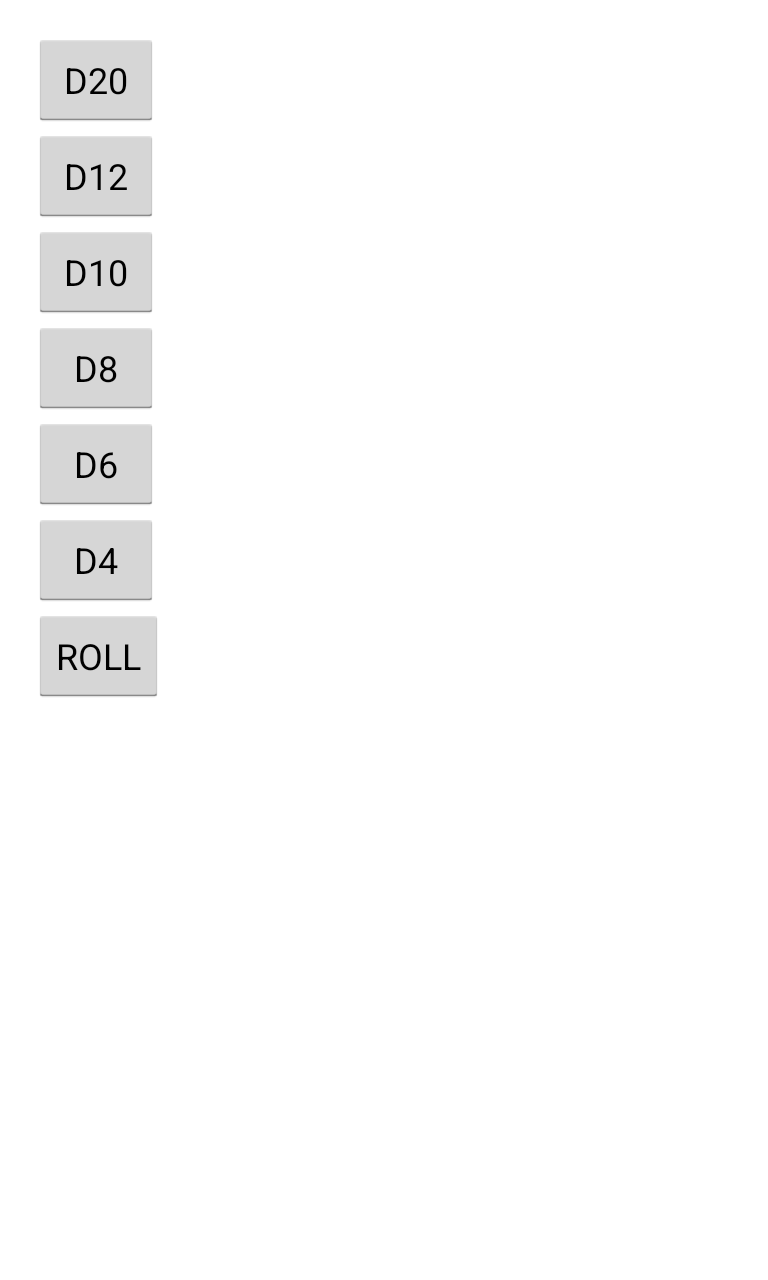
Repository: Bjodol/Roller
Layout: Roller/res/layout/activity_main.xml
An editor plug-in stored every save of this project. The layout is shown before and after the next save, followed by the edit.
It is drawn on a 768 x 1280 px phone screen (xhdpi) without system bars, with theme AppTheme; the app's code is not run.

Above is the layout before, as saved 2013-08-29 08:37:33.

### Roller/res/layout/activity_main.xml
<LinearLayout xmlns:android="http://schemas.android.com/apk/res/android"
    xmlns:tools="http://schemas.android.com/tools"
    android:layout_width="match_parent"
    android:layout_height="match_parent"
    android:paddingBottom="@dimen/activity_vertical_margin"
    android:paddingLeft="@dimen/activity_horizontal_margin"
    android:paddingRight="@dimen/activity_horizontal_margin"
    android:paddingTop="@dimen/activity_vertical_margin"
    android:orientation="vertical"
    tools:context=".MainActivity" >

    <Button
        android:layout_width="wrap_content"
        android:layout_height="wrap_content"
        android:text="@string/d20" />

    <Button
        android:layout_width="wrap_content"
        android:layout_height="wrap_content"
        android:text="@string/d12" />

    <Button
        android:layout_width="wrap_content"
        android:layout_height="wrap_content"
        android:text="@string/d10" />

    <Button
        android:layout_width="wrap_content"
        android:layout_height="wrap_content"
        android:text="@string/d8" />

    <Button
        android:layout_width="wrap_content"
        android:layout_height="wrap_content"
        android:text="@string/d6" />

    <Button
        android:layout_width="wrap_content"
        android:layout_height="wrap_content"
        android:text="@string/d4" />

    <Button
        android:layout_width="wrap_content"
        android:layout_height="wrap_content"
        android:layout_weight="center"
        android:text="@string/roll"/>


</LinearLayout>

### Roller/res/values/strings.xml
<?xml version="1.0" encoding="utf-8"?>
<resources>

    <string name="app_name">Roller</string>
    <string name="action_settings">Settings</string>
    <string name="d20">D20</string>
    <string name="d12">D12</string>
    <string name="d10">D10</string>
    <string name="d8">D8</string>
    <string name="d6">D6</string>
    <string name="d4">D4</string>
    <string name="roll">ROLL</string>

</resources>

Loaded but not shown: Roller/res/values/styles.xml (common file); Roller/res/values-v11/styles.xml (common file); Roller/res/values-v14/styles.xml (common file); Roller/res/values/dimens.xml (common file)

After the next save:
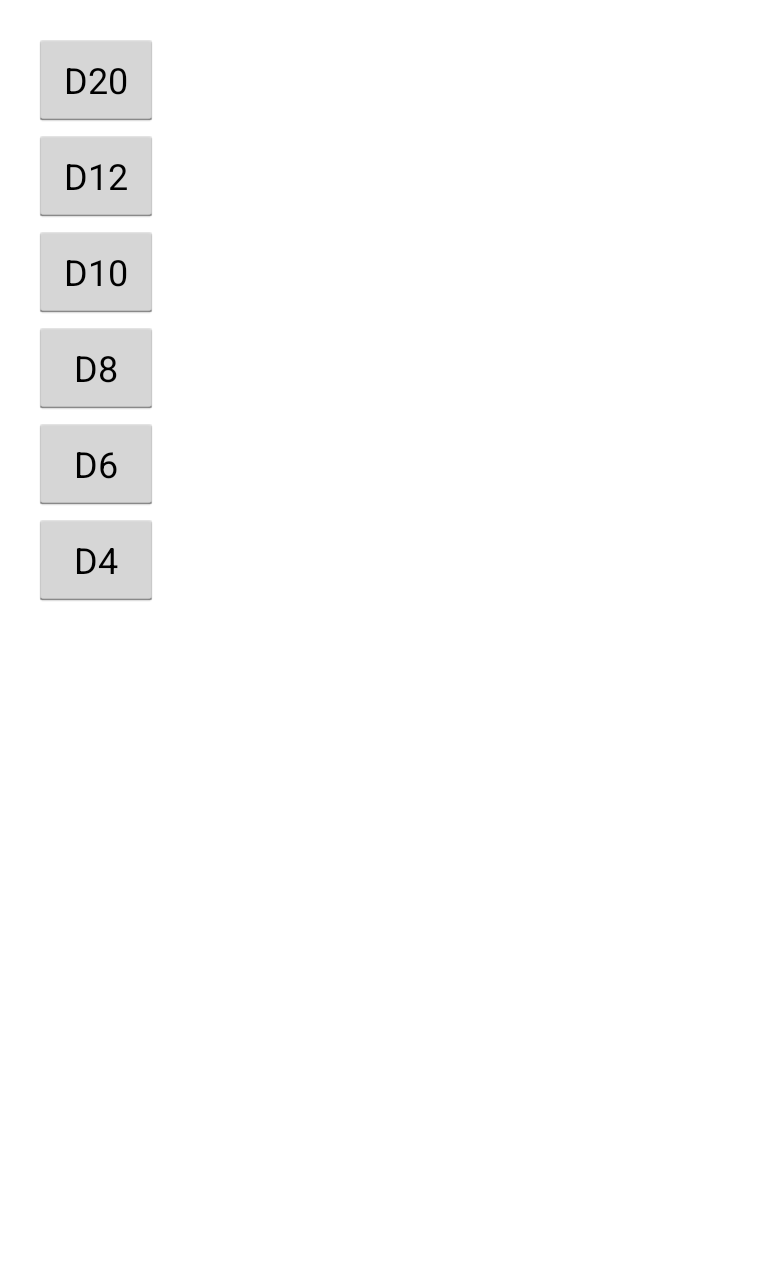
Saved 6 min 48 s later.
--- a/Roller/res/layout/activity_main.xml
+++ b/Roller/res/layout/activity_main.xml
@@ -40,9 +40,8 @@
         android:text="@string/d4" />
 
     <Button
-        android:layout_width="wrap_content"
+        android:layout_width="fill_screen"
         android:layout_height="wrap_content"
-        android:layout_weight="center"
         android:text="@string/roll"/>
 
 
